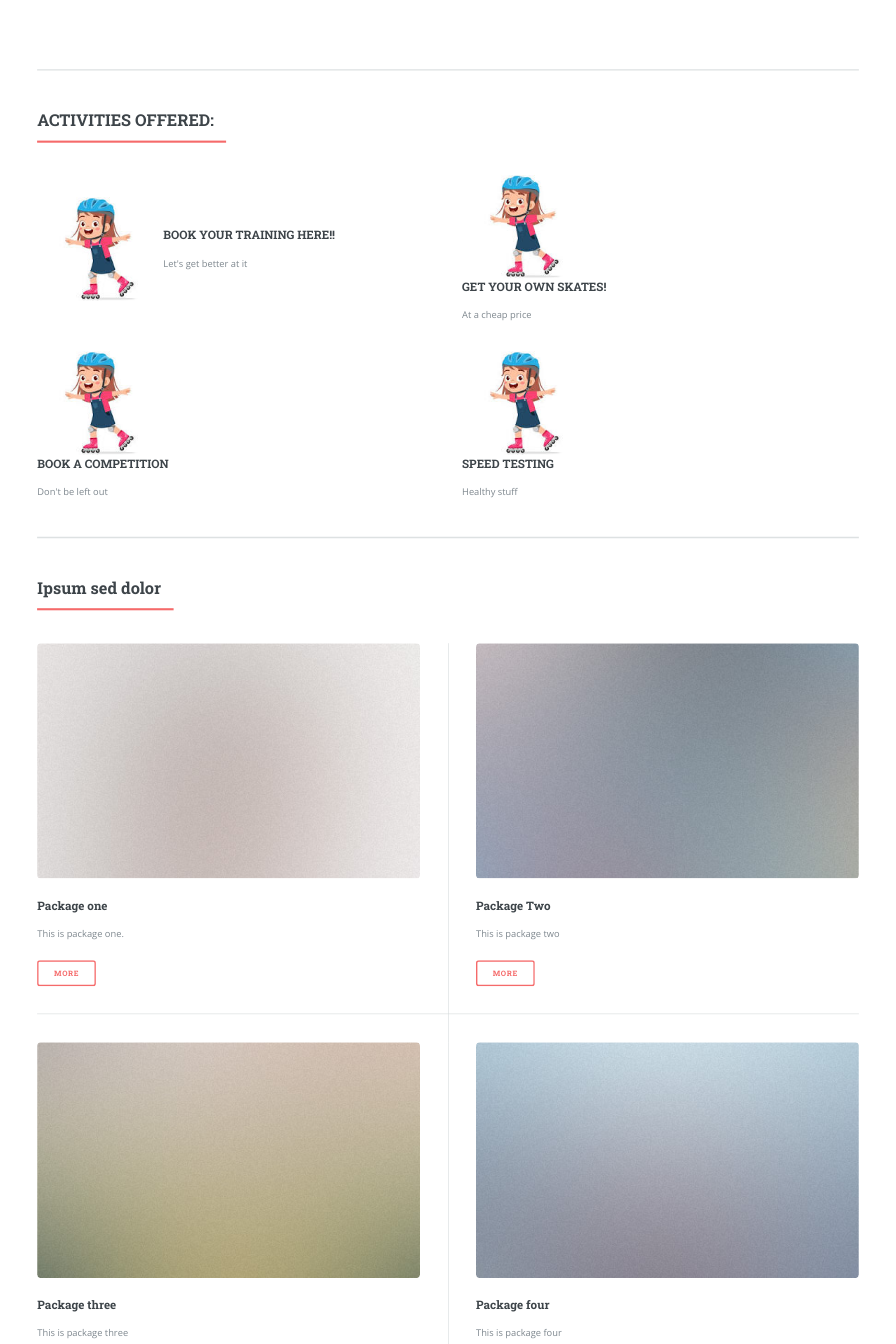
Repository: rachel648/New_Elite
Page: index.html
An editor plug-in stored every save of this project. The page is shown before and after the next save, followed by the edit.
The browser window is 1280 px wide. The pictures show the part of the page from y = 707 to 2627 px (the page is 3312 px tall before and 3747 px after), at 70% of full size.

Above is the page before, as saved 2024-10-14 14:09:44.

After the next save:
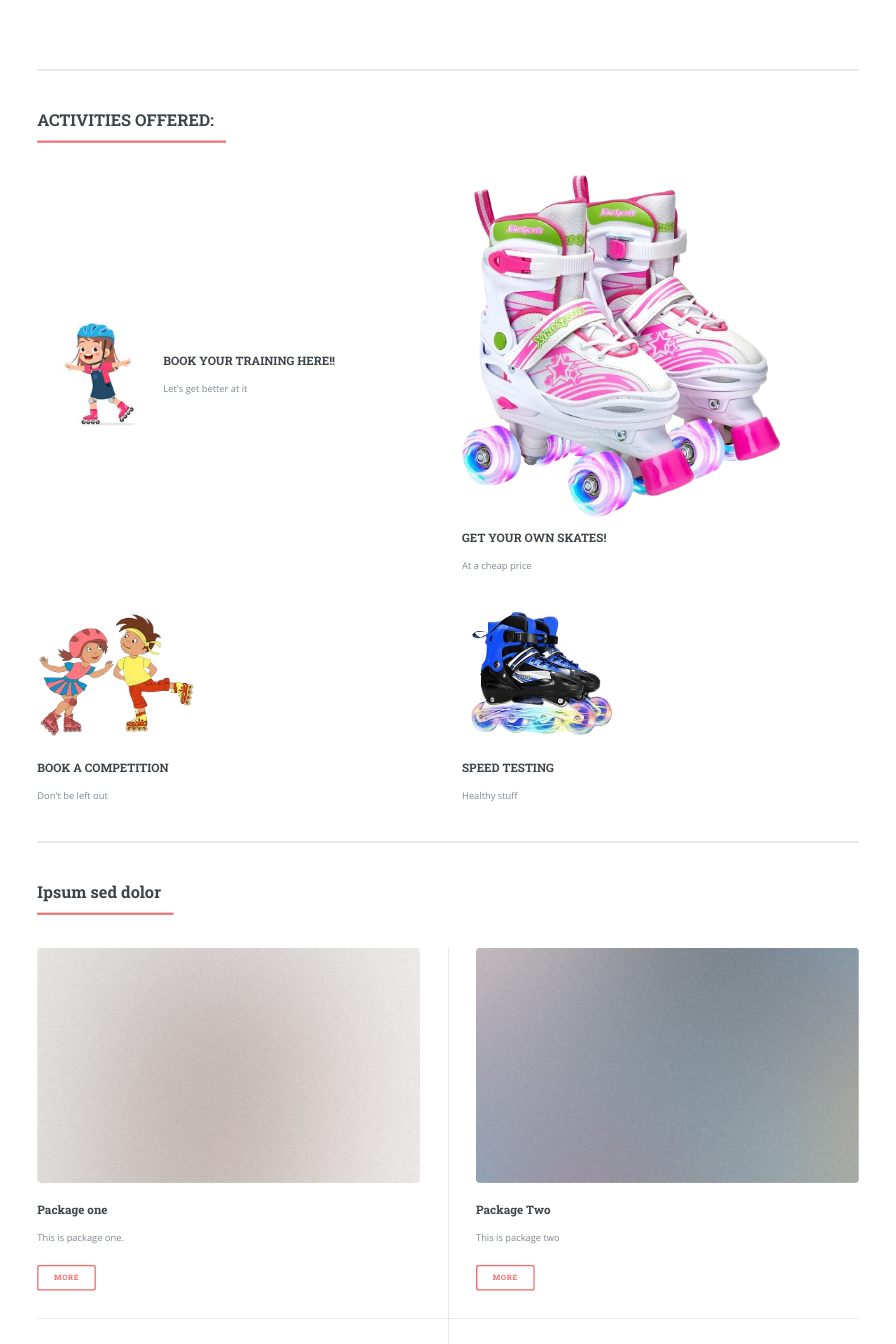
Saved 3 min 26 s later.
--- a/index.html
+++ b/index.html
@@ -61,7 +61,7 @@
 										</article>
 										<article>
 											<span class="image object">
-										<img src="images/training.jpg" alt="" />
+										<img src="images/pinkskates.jpg-removebg-preview.png" alt="" />
 											<div class="content">
 												<h3>GET YOUR OWN SKATES!</h3>
 												<p>At a cheap price</p>
@@ -69,14 +69,14 @@
 										</article>
 										<article>
 											<span class="image object">
-												<img src="images/training.jpg" alt="" />
+												<img src="images/competition-removebg-preview.png" alt="" />
 											<div class="content">
 												<h3>BOOK A COMPETITION</h3>
 												<p> Don't be left out</p>
 										</article>
 										<article>
 											<span class="image object">
-												<img src="images/training.jpg" alt="" />
+												<img src="images/blueskates-removebg-preview.png" alt="" />
 											<div class="content">
 												<h3>SPEED TESTING</h3>
 												<p>Healthy stuff</p>

After the save that followed:
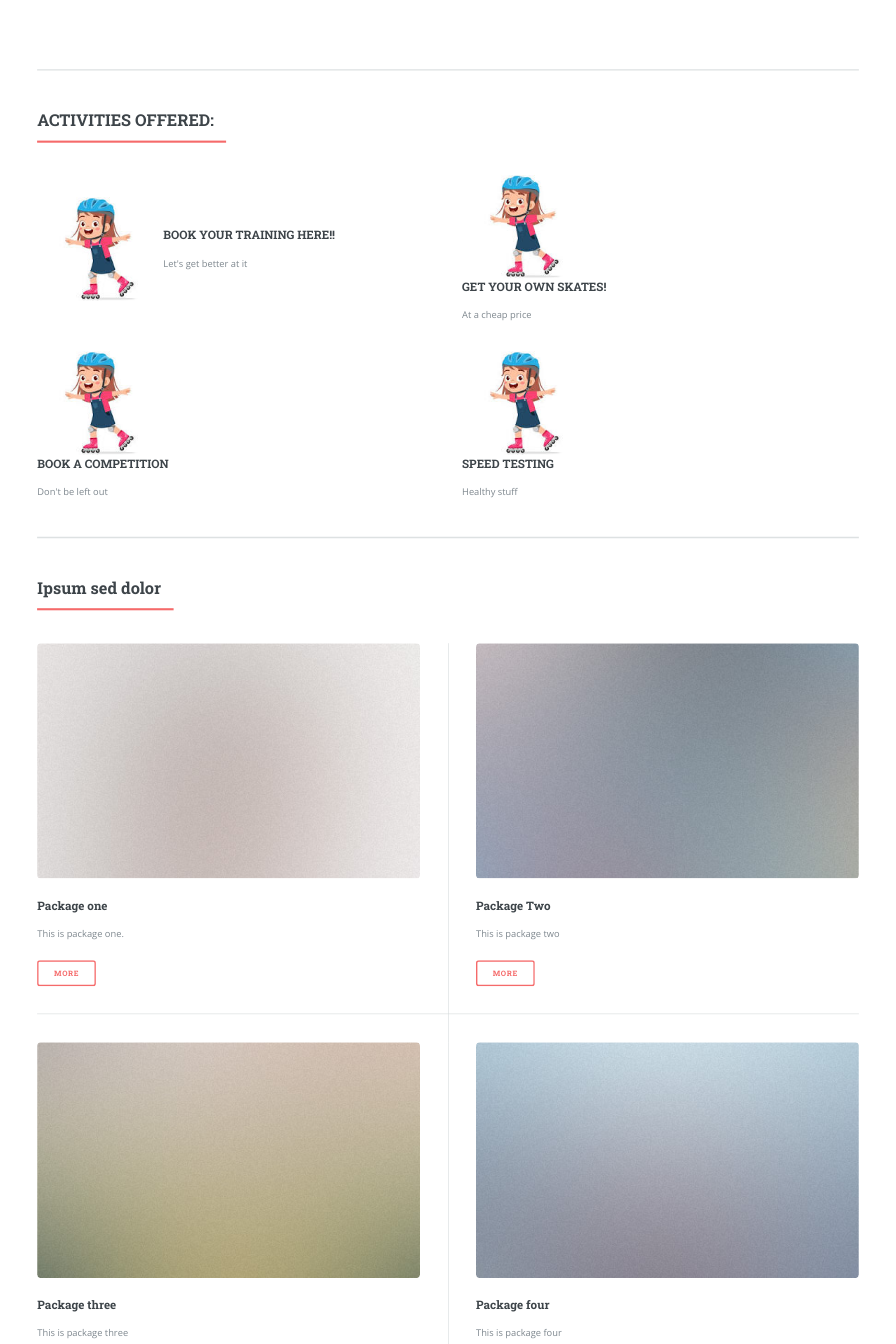
Saved 43 s later.
--- a/index.html
+++ b/index.html
@@ -61,7 +61,7 @@
 										</article>
 										<article>
 											<span class="image object">
-										<img src="images/pinkskates.jpg-removebg-preview.png" alt="" />
+										<img src="images/training.jpg" alt="" />
 											<div class="content">
 												<h3>GET YOUR OWN SKATES!</h3>
 												<p>At a cheap price</p>
@@ -69,14 +69,14 @@
 										</article>
 										<article>
 											<span class="image object">
-												<img src="images/competition-removebg-preview.png" alt="" />
+												<img src="images/training.jpg" alt="" />
 											<div class="content">
 												<h3>BOOK A COMPETITION</h3>
 												<p> Don't be left out</p>
 										</article>
 										<article>
 											<span class="image object">
-												<img src="images/blueskates-removebg-preview.png" alt="" />
+												<img src="images/training.jpg" alt="" />
 											<div class="content">
 												<h3>SPEED TESTING</h3>
 												<p>Healthy stuff</p>
